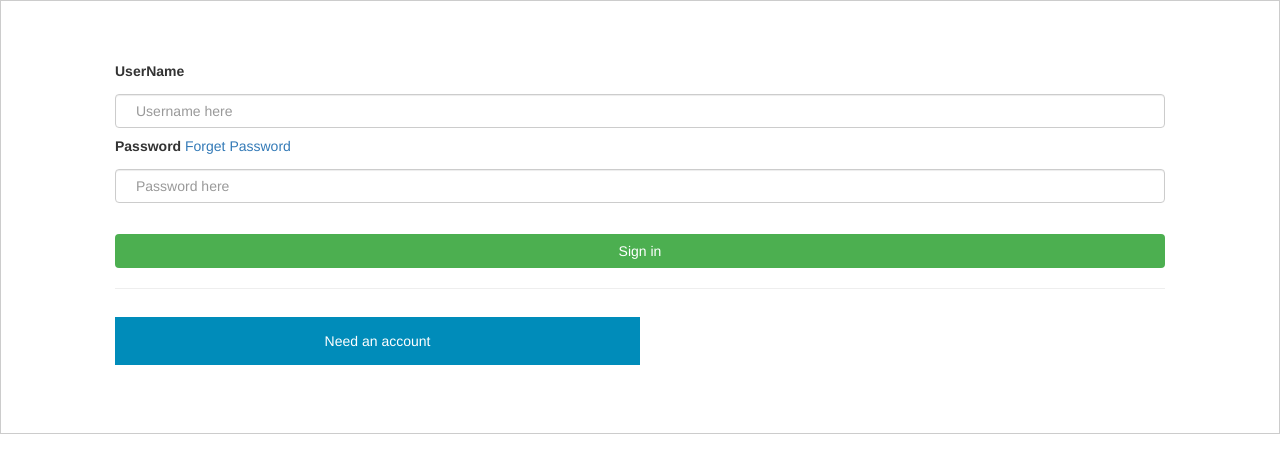
Repository: hamshini/demopro
Page: wippro/Application/WebContent/signin.html
An editor plug-in stored every save of this project. The page is shown before and after the next save, followed by the edit.
The browser window is 1280 px wide. The pictures show the whole page.

Above is the page before, as saved 2018-01-06 06:26:52.

After the next save:
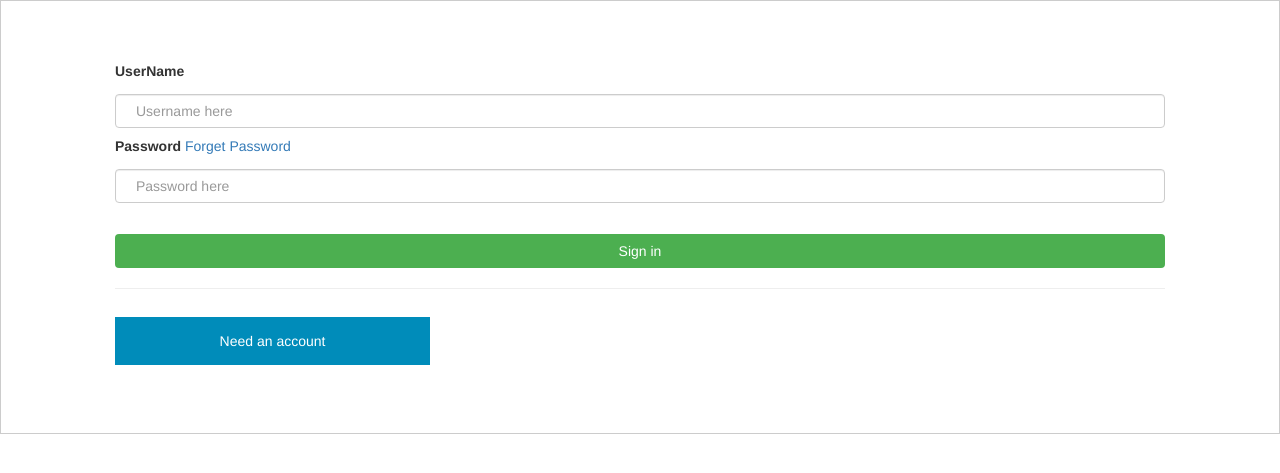
Saved 55 s later.
--- a/wippro/Application/WebContent/signin.html
+++ b/wippro/Application/WebContent/signin.html
@@ -34,7 +34,7 @@
 }
 .needacc,.signinbtn {
     float: left;
-    width: 50%;
+    width: 30%;
 }
 .signinbtn {
 	padding: 14px 50px;

After the 3 saves that followed:
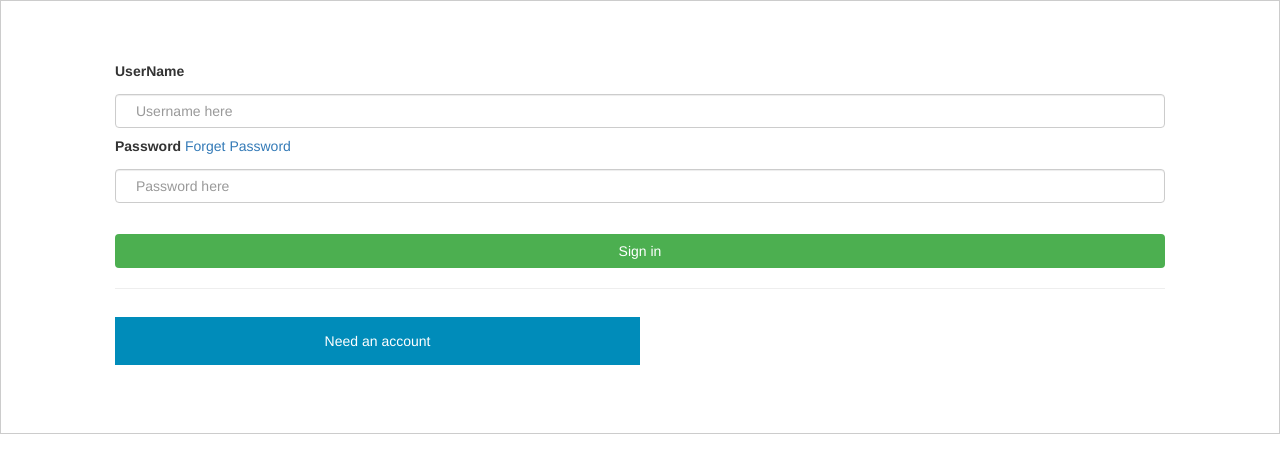
The 3 saves are shown as one change because 2 left the picture as it was.
The last was saved 2 min 1 s later.
--- a/wippro/Application/WebContent/signin.html
+++ b/wippro/Application/WebContent/signin.html
@@ -34,7 +34,7 @@
 }
 .needacc,.signinbtn {
     float: left;
-    width: 30%;
+    width: 50%;
 }
 .signinbtn {
 	padding: 14px 50px;
